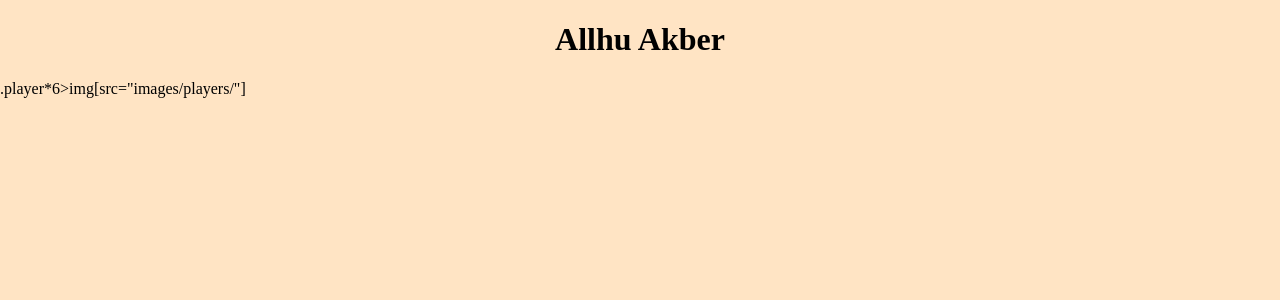
Repository: zjria/leader-board
Page: index.html
An editor plug-in stored every save of this project. The page is shown before and after the next save, followed by the edit.
The browser window is 1280 px wide. The pictures show the whole page.

Above is the page before, as saved 2022-09-03 08:01:40.

### index.html
<!DOCTYPE html>
<html lang="en">

<head>
    <meta charset="UTF-8">
    <meta http-equiv="X-UA-Compatible" content="IE=edge">
    <meta name="viewport" content="width=device-width, initial-scale=1.0">
    <title>leader-board</title>
    <!-- Custom CSS -->
    <link rel="stylesheet" href="/style/style.css">
</head>

<body>
    <h1>Allhu Akber</h1>
    <!-- Header Section -->
    <header>

    </header>
    <!-- Main Section -->
    <main>
        <section>
            <div class="top-players">
                <div class="players">
                    .player*6>img[src="images/players/"]
                </div>
            </div>
        </section>
    </main>
</body>

</html>

### style/style.css
body {
    border: 0px;
    margin: 0px;
    background-color: bisque;
}

h1 {
    display: flex;
    justify-content: center;
}

After the next save:
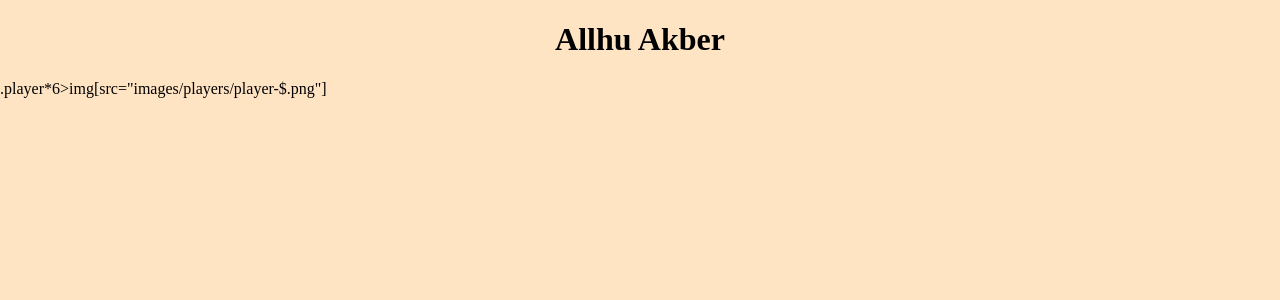
Saved 53 s later.
--- a/index.html
+++ b/index.html
@@ -21,7 +21,7 @@
         <section>
             <div class="top-players">
                 <div class="players">
-                    .player*6>img[src="images/players/"]
+                    .player*6>img[src="images/players/player-$.png"]
                 </div>
             </div>
         </section>
